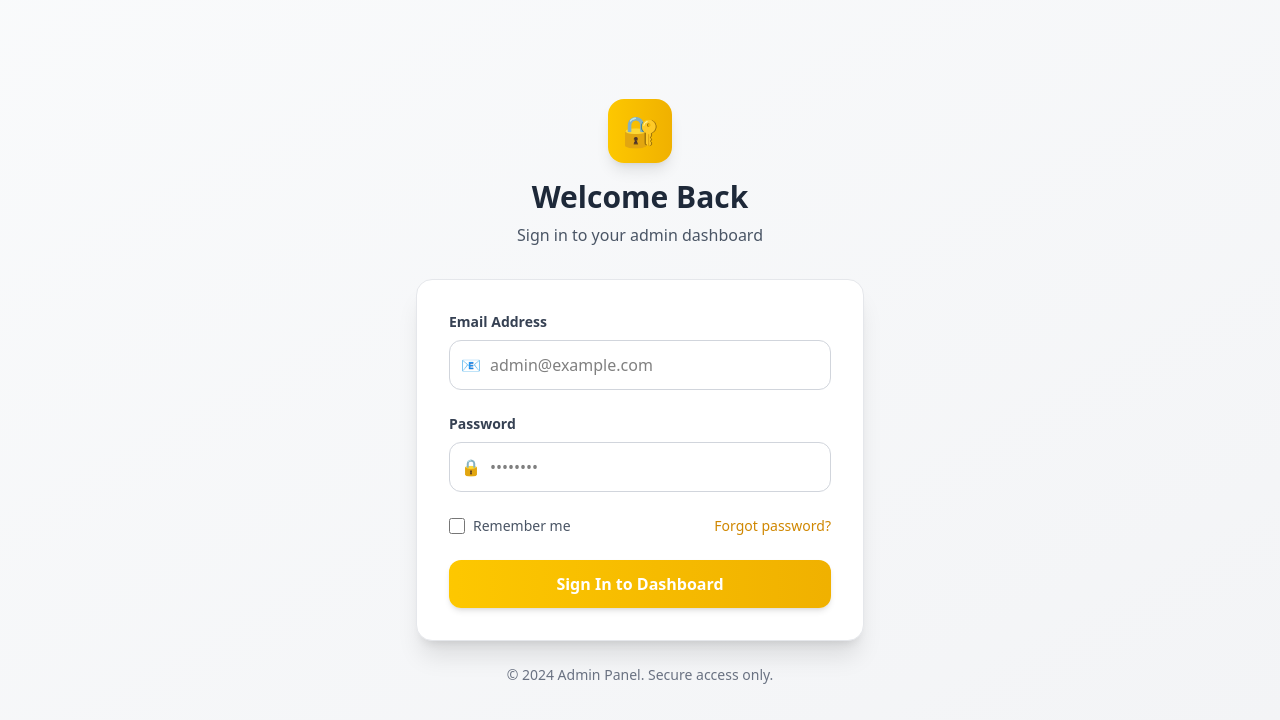
Repository: tarekhasan1/townsville-alteration
Page: /admin-dashboard
The author's editor kept a copy of each file at every save. The page is drawn from the files as they stood at one save, then again after the next save.
The browser window is 1280 px wide. The pictures show the whole page.
The page's requests for data from a server got no answer. The project was rebuilt for these pictures with package versions that can differ from the ones it lists, and the page was loaded fresh each time. The framework's server and built-in components were replaced by stand-ins that run in the browser. No one was signed in, and anything a server would have sent is missing. Also part of the build but not shown: next.config.ts, src/components/Navbar.tsx, src/components/ContactSection.tsx, src/components/DevelopedBy.tsx, src/app/admin-dashboard/Sidebar.tsx, src/app/admin-dashboard/DashboardHeader.tsx, src/app/admin-dashboard/UploadSection.tsx, src/app/admin-dashboard/ImageGrid.tsx and 2 more.

Above is the page before, as saved 2026-01-21 05:06:23.

### src/app/layout.tsx
// app/layout.tsx
import type { Metadata } from "next";
import { Geist, Geist_Mono } from "next/font/google";
import "./globals.css";
import Navbar from "@/components/Navbar";
import ContactSection from "@/components/ContactSection";
import DevelopedBy from "@/components/DevelopedBy";
import { headers } from "next/headers";
import LayoutShell from "@/components/LayoutShell";

const geistSans = Geist({
  variable: "--font-geist-sans",
  subsets: ["latin"],
});

const geistMono = Geist_Mono({
  variable: "--font-geist-mono",
  subsets: ["latin"],
});

export const metadata: Metadata = {
  title: "Townsville Alterations and Formal Wear | Tailoring, Suit Hire, Alterations",
  description: "Townsville Alterations and Formal Wear - Reinvent Your Wardrobe. Hire or tailor-make outfits that turn heads. Expert suit hire, bridal alterations, and tailoring in Townsville.",
  keywords: "Townsville Tailoring, Formal Wear Townsville, Suit Hire, Alterations, Wedding Dress Alterations, Custom Tailoring",
  authors: [{ name: "Townsville Alterations & Formal Wear" }],
  creator: "Townsville Alterations & Formal Wear",
  publisher: "Townsville Alterations & Formal Wear",
  robots: "index, follow",
  icons: "/logo.png",
};

export default function RootLayout({ children }: { children: React.ReactNode }) {
  return (
    <html lang="en">
      <body>
        <LayoutShell>{children}</LayoutShell>
      </body>
    </html>
  );
}

### src/app/admin-dashboard/page.tsx
// app/admin/page.tsx
'use client';

import { useState, useEffect } from 'react';
import AdminLogin from './AdminLogin';
import AdminDashboard from './AdminDashboard';

export default function AdminPage() {
  const [isLoggedIn, setIsLoggedIn] = useState(false);
  const [loading, setLoading] = useState(true);

  useEffect(() => {
    const isAuth = localStorage.getItem('admin-authenticated');
    if (isAuth === 'true') {
      setIsLoggedIn(true);
    }
    setLoading(false);
  }, []);

  const handleLoginSuccess = () => {
    setIsLoggedIn(true);
    localStorage.setItem('admin-authenticated', 'true');
  };

  if (loading) {
    return (
      <div className="min-h-screen flex items-center justify-center bg-gradient-to-br from-gray-50 to-gray-100">
        <div className="text-center">
          <div className="animate-spin rounded-full h-12 w-12 border-b-2 border-yellow-500 mx-auto mb-4"></div>
          <p className="text-gray-600">Checking authentication...</p>
        </div>
      </div>
    );
  }

  if (!isLoggedIn) {
    return <AdminLogin onLoginSuccess={handleLoginSuccess} />;
  }

  return <AdminDashboard />;
}

### src/app/globals.css
@import "tailwindcss";

:root {
  --background: #ffffff;
  --foreground: #171717;
}

### src/components/LayoutShell.tsx
// components/LayoutShell.tsx
'use client';

import { usePathname } from 'next/navigation';
import Navbar from '@/components/Navbar';
import ContactSection from '@/components/ContactSection';
import DevelopedBy from '@/components/DevelopedBy';

export default function LayoutShell({ children }: { children: React.ReactNode }) {
  const pathname = usePathname();
  const isAdminRoute = pathname.startsWith('/admin');

  return (
    <>
      {!isAdminRoute && <Navbar />}
      {children}
      {!isAdminRoute && (
        <>
          <ContactSection />
          <DevelopedBy />
        </>
      )}
    </>
  );
}

### src/app/admin-dashboard/AdminLogin.tsx
// AdminLogin.tsx - Updated design
'use client';

import { useState, useEffect } from 'react';
import { authAdmin } from '../../../actions/admin.action';

export default function AdminLogin({ onLoginSuccess }: { onLoginSuccess: () => void }) {
  const [email, setEmail] = useState('');
  const [password, setPassword] = useState('');
  const [loading, setLoading] = useState(false);
  const [rememberMe, setRememberMe] = useState(false);

  useEffect(() => {
    const savedEmail = localStorage.getItem('admin-email');
    const savedRemember = localStorage.getItem('admin-remember');
    if (savedEmail && savedRemember === 'true') {
      setEmail(savedEmail);
      setRememberMe(true);
    }
  }, []);

  const handleLogin = async () => {
    if (!email || !password) {
      alert('Please enter both email and password');
      return;
    }

    setLoading(true);
    try {
      const isAuthenticated = await authAdmin(email, password);

      if (isAuthenticated) {
        if (rememberMe) {
          localStorage.setItem('admin-email', email);
          localStorage.setItem('admin-remember', 'true');
        } else {
          localStorage.removeItem('admin-email');
          localStorage.removeItem('admin-remember');
        }
        onLoginSuccess();
      } else {
        alert('Invalid credentials');
      }
    } catch (error) {
      console.error('Login error:', error);
      alert('Login failed. Please try again.');
    } finally {
      setLoading(false);
    }
  };

  const handleKeyPress = (e: React.KeyboardEvent) => {
    if (e.key === 'Enter') {
      handleLogin();
    }
  };

  return (
    <div className="min-h-screen pt-[80px] flex items-center justify-center bg-gradient-to-br from-gray-50 to-gray-100 p-4">
      <div className="w-full max-w-md">
        <div className="text-center mb-8">
          <div className="inline-flex items-center justify-center w-16 h-16 rounded-2xl bg-gradient-to-r from-yellow-400 to-yellow-500 mb-4 shadow-lg">
            <span className="text-3xl">🔐</span>
          </div>
          <h1 className="text-3xl font-bold text-gray-800">Welcome Back</h1>
          <p className="text-gray-600 mt-2">Sign in to your admin dashboard</p>
        </div>

        <div className="bg-white rounded-2xl shadow-xl p-8 border border-gray-200">
          <div className="space-y-6">
            <div>
              <label className="block text-sm font-semibold text-gray-700 mb-2">
                Email Address
              </label>
              <div className="relative">
                <div className="absolute inset-y-0 left-0 pl-3 flex items-center pointer-events-none">
                  <span className="text-gray-400">📧</span>
                </div>
                <input
                  type="email"
                  placeholder="admin@example.com"
                  className="w-full pl-10 pr-4 py-3 border border-gray-300 rounded-xl focus:ring-2 focus:ring-yellow-400 focus:border-transparent transition outline-none"
                  value={email}
                  onChange={(e) => setEmail(e.target.value)}
                  onKeyPress={handleKeyPress}
                  disabled={loading}
                />
              </div>
            </div>

            <div>
              <label className="block text-sm font-semibold text-gray-700 mb-2">
                Password
              </label>
              <div className="relative">
                <div className="absolute inset-y-0 left-0 pl-3 flex items-center pointer-events-none">
                  <span className="text-gray-400">🔒</span>
                </div>
                <input
                  type="password"
                  placeholder="••••••••"
                  className="w-full pl-10 pr-4 py-3 border border-gray-300 rounded-xl focus:ring-2 focus:ring-yellow-400 focus:border-transparent transition outline-none"
                  value={password}
                  onChange={(e) => setPassword(e.target.value)}
                  onKeyPress={handleKeyPress}
                  disabled={loading}
                />
              </div>
            </div>

            <div className="flex items-center justify-between">
              <label className="flex items-center">
                <input
                  type="checkbox"
                  checked={rememberMe}
                  onChange={(e) => setRememberMe(e.target.checked)}
                  className="w-4 h-4 text-yellow-500 rounded focus:ring-yellow-400 border-gray-300"
                />
                <span className="ml-2 text-sm text-gray-600">Remember me</span>
              </label>
              <button className="text-sm text-yellow-600 hover:text-yellow-700 font-medium">
                Forgot password?
              </button>
            </div>

            <button
              onClick={handleLogin}
              disabled={loading}
              className="w-full bg-gradient-to-r from-yellow-400 to-yellow-500 text-white font-semibold py-3 px-4 rounded-xl hover:from-yellow-500 hover:to-yellow-600 transition-all duration-300 disabled:opacity-50 disabled:cursor-not-allowed shadow-md hover:shadow-lg transform hover:-translate-y-0.5"
            >
              {loading ? (
                <span className="flex items-center justify-center">
                  <svg className="animate-spin h-5 w-5 mr-3 text-white" xmlns="http://www.w3.org/2000/svg" fill="none" viewBox="0 0 24 24">
                    <circle className="opacity-25" cx="12" cy="12" r="10" stroke="currentColor" strokeWidth="4"></circle>
                    <path className="opacity-75" fill="currentColor" d="M4 12a8 8 0 018-8V0C5.373 0 0 5.373 0 12h4zm2 5.291A7.962 7.962 0 014 12H0c0 3.042 1.135 5.824 3 7.938l3-2.647z"></path>
                  </svg>
                  Signing in...
                </span>
              ) : (
                'Sign In to Dashboard'
              )}
            </button>
          </div>
        </div>

        <div className="mt-6 text-center">
          <p className="text-sm text-gray-500">
            © 2024 Admin Panel. Secure access only.
          </p>
        </div>
      </div>
    </div>
  );
}

### actions/admin.action.ts
// admin.action.ts
import {
  collection,
  getDocs,
  addDoc,
  deleteDoc,
  doc,
  Timestamp,
  query,
  orderBy,
} from "firebase/firestore";
import {
  getStorage,
  ref,
  uploadBytes,
  getDownloadURL,
  deleteObject,
} from "firebase/storage";
import { db } from "@/firebase/config";
import type { ImageData, CollectionType } from "../types/admin.types";

// Remove the duplicate type definitions and use imports
export type { ImageData, CollectionType };

// Authentication
export const authAdmin = async (email: string, password: string) => {
  try {
    const snapshot = await getDocs(collection(db, "admin"));
    const credentials = snapshot.docs.map((doc) => doc.data());

    const isMatch = credentials.some(
      (cred) => cred.email === email && cred.password === password
    );

    return isMatch;
  } catch (error) {
    console.error("Authentication error:", error);
    throw new Error("Authentication failed");
  }
};

// Fetch images from any collection
export const fetchImages = async (collectionName: CollectionType): Promise<ImageData[]> => {
  try {
    const q = query(
      collection(db, collectionName),
      orderBy("createdAt", "desc")
    );
    const snapshot = await getDocs(q);
    return snapshot.docs.map((doc) => ({
      id: doc.id,
      url: doc.data().url,
      createdAt: doc.data().createdAt,
      fileName: doc.data().fileName,
      fileSize: doc.data().fileSize,
      fileType: doc.data().fileType,
      storagePath: doc.data().storagePath,
    }));
  } catch (error) {
    console.error(`Error fetching ${collectionName}:`, error);
    throw error;
  }
};

// Upload image
export const uploadImage = async (
  file: File,
  targetCollection: CollectionType
): Promise<string> => {
  try {
    const storage = getStorage();
    const timestamp = Date.now();
    const fileName = `${timestamp}_${file.name.replace(/\s+/g, '_')}`;
    const filePath = `${targetCollection}/${fileName}`;
    const storageRef = ref(storage, filePath);

    // Upload to storage
    await uploadBytes(storageRef, file);
    const url = await getDownloadURL(storageRef);

    // Save to Firestore
    await addDoc(collection(db, targetCollection), {
      url,
      fileName: file.name,
      fileSize: file.size,
      fileType: file.type,
      createdAt: Timestamp.now(),
      storagePath: filePath,
    });

    return url;
  } catch (error) {
    console.error("Upload failed:", error);
    throw new Error("Failed to upload image");
  }
};

// Delete image
export const deleteImage = async (
  imageId: string,
  imageUrl: string,
  collectionName: CollectionType
): Promise<void> => {
  try {
    const storage = getStorage();

    // Extract file path from URL
    let filePath = "";
    try {
      filePath = decodeURIComponent(
        new URL(imageUrl).pathname.split("/o/")[1].split("?")[0]
      );
    } catch {
      // If URL parsing fails, try to get path from Firestore
      const imageDoc = await getDocs(query(
        collection(db, collectionName),
        orderBy("createdAt", "desc")
      ));
      const imageData = imageDoc.docs.find(doc => doc.id === imageId);
      filePath = imageData?.data()?.storagePath || "";
    }

    // Delete from storage if path exists
    if (filePath) {
      const fileRef = ref(storage, filePath);
      await deleteObject(fileRef);
    }

    // Delete from Firestore
    await deleteDoc(doc(db, collectionName, imageId));
  } catch (error) {
    console.error("Failed to delete:", error);
    throw new Error("Failed to delete image");
  }
};

// Fetch all collections at once
export const fetchAllImages = async () => {
  try {
    const [gallery, featured, suits, weddingGowns] = await Promise.all([
      fetchImages("gallery"),
      fetchImages("featured"),
      fetchImages("suits"),
      fetchImages("wedding-gowns"),
    ]);
    return { gallery, featured, suits, weddingGowns };
  } catch (error) {
    console.error("Error fetching all images:", error);
    throw error;
  }
};

// Validate file
export const validateFile = (file: File | null): string | null => {
  if (!file) return "No file selected";

  const validTypes = ["image/jpeg", "image/png", "image/webp", "image/gif"];
  if (!validTypes.includes(file.type)) {
    return "Only JPEG, PNG, WebP, and GIF formats are supported";
  }

  const maxSize = 5 * 1024 * 1024; // 5MB
  if (file.size > maxSize) {
    return "File size must be less than 5MB";
  }

  return null;
};

### src/firebase/config.ts
// Import the functions you need from the SDKs you need
import { initializeApp } from "firebase/app";
import { getFirestore } from 'firebase/firestore';
import { getStorage } from 'firebase/storage';
// TODO: Add SDKs for Firebase products that you want to use
// https://firebase.google.com/docs/web/setup#available-libraries

// Your web app's Firebase configuration
const firebaseConfig = {
  apiKey: process.env.NEXT_PUBLIC_FIREBASE_API_KEY,
  authDomain: process.env.NEXT_PUBLIC_FIREBASE_AUTH_DOMAIN,
  projectId: process.env.NEXT_PUBLIC_FIREBASE_PROJECT_ID,
  storageBucket: process.env.NEXT_PUBLIC_FIREBASE_STORAGE_BUCKET,
  messagingSenderId: process.env.NEXT_PUBLIC_FIREBASE_MESSAGING_SENDER_ID,
  appId: process.env.NEXT_PUBLIC_FIREBASE_APP_ID
};

// Initialize Firebase
const app = initializeApp(firebaseConfig);
export const db = getFirestore(app);
export const storage = getStorage(app);

After the next save:
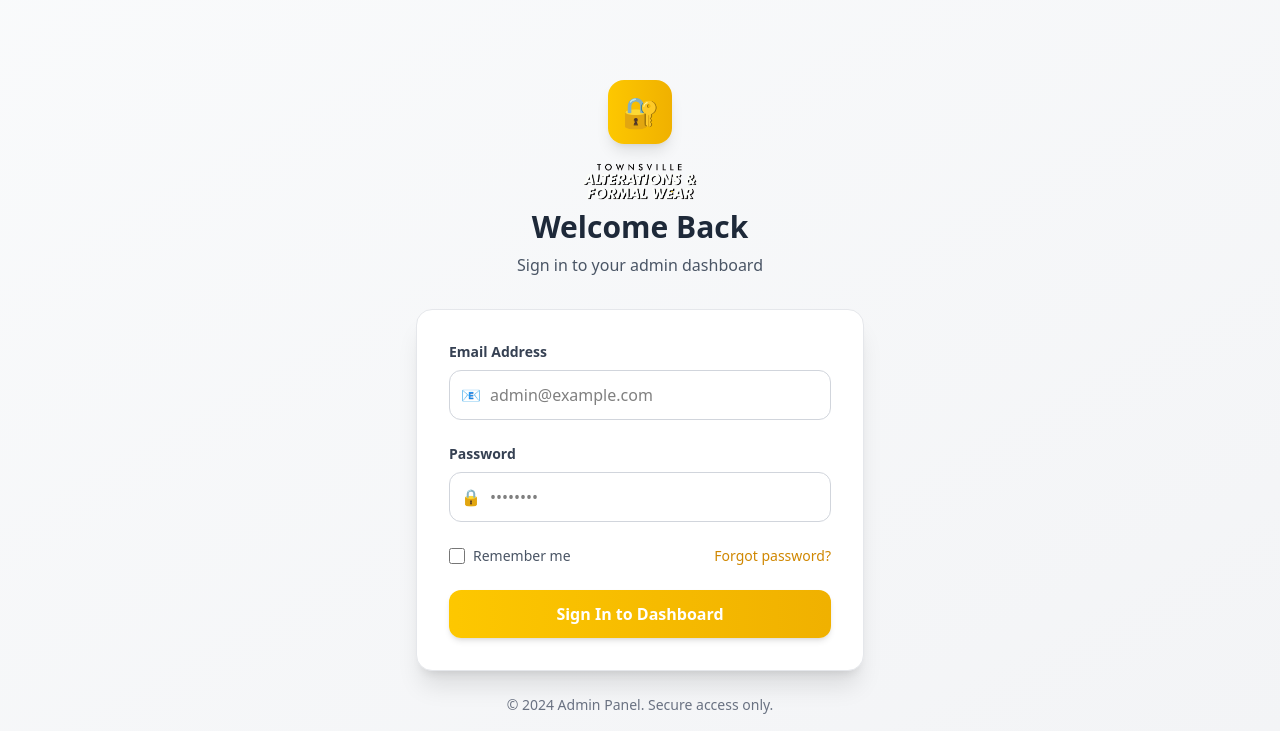
Saved 101 s later.
--- a/src/app/admin-dashboard/AdminLogin.tsx
+++ b/src/app/admin-dashboard/AdminLogin.tsx
@@ -3,6 +3,7 @@
 
 import { useState, useEffect } from 'react';
 import { authAdmin } from '../../../actions/admin.action';
+import Image from 'next/image';
 
 export default function AdminLogin({ onLoginSuccess }: { onLoginSuccess: () => void }) {
   const [email, setEmail] = useState('');
@@ -62,6 +63,9 @@ export default function AdminLogin({ onLoginSuccess }: { onLoginSuccess: () => v
           <div className="inline-flex items-center justify-center w-16 h-16 rounded-2xl bg-gradient-to-r from-yellow-400 to-yellow-500 mb-4 shadow-lg">
             <span className="text-3xl">🔐</span>
           </div>
+          <div className='flex flex-col items-center justify-center'>
+                          <Image src="/logo.png" alt="Logo" width={120} height={50} className="mb-2" />
+                      </div>
           <h1 className="text-3xl font-bold text-gray-800">Welcome Back</h1>
           <p className="text-gray-600 mt-2">Sign in to your admin dashboard</p>
         </div>
